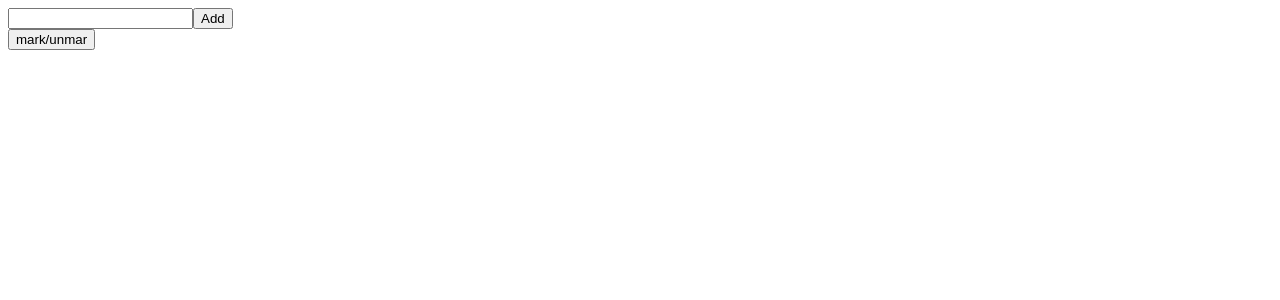
Repository: lilit1121/Vue.js-and-Rapid-Prototyping
Page: /
These files come from the project's save history. The page is drawn as it stood at one moment and after a run of saves; the edit follows.
The browser window is 1280 px wide. The pictures show the whole page.
The project was rebuilt for these pictures with package versions that can differ from the ones it lists, and the page was loaded fresh each time. Also part of the build but not shown: vue.config.js.

Above is the page before, as saved 2023-02-08 15:34:21.

After the next 2 saves:
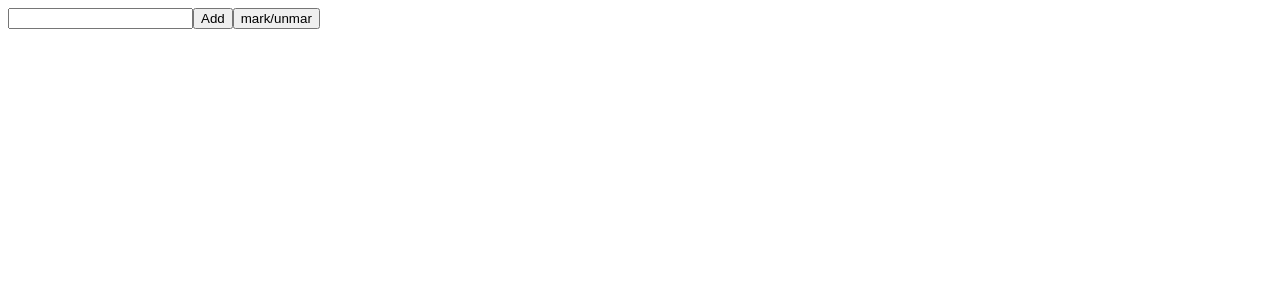
The 2 saves are shown as one change because they came seconds apart.
The last was saved 9 s later.
--- a/src/views/Home.vue
+++ b/src/views/Home.vue
@@ -1,11 +1,11 @@
 <template>
   <div class="home">
-    <div>
+    <div class="flex">
       <form @submit.prevent="addTodo">
         <input v-model="newTodo" type="text" />
         <button type="submit">Add</button>
       </form>
-      <button>mark/unmar</button>
+      <button class="">mark/unmar</button>
     </div>
     <ul>
       <li
